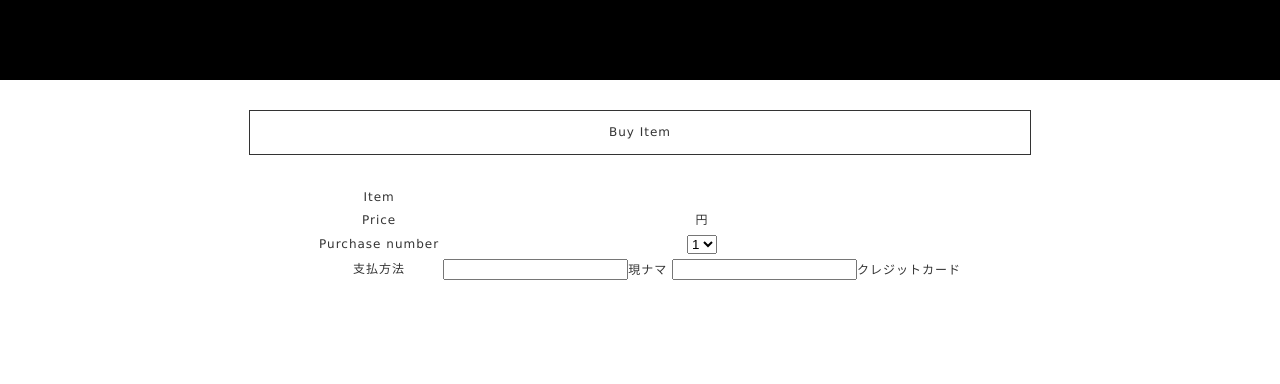
Repository: user-yo-yo/test
Page: http://localhost/ecsite2/buyItem.jsp
These files come from the project's save history. The page is drawn as it stood at one moment and after the next save; the edit follows.
The browser window is 1280 px wide. The pictures show the whole page.
The page is served by Tomcat 9.

Above is the page before, as saved 2019-03-18 08:11:26.

After the next save:
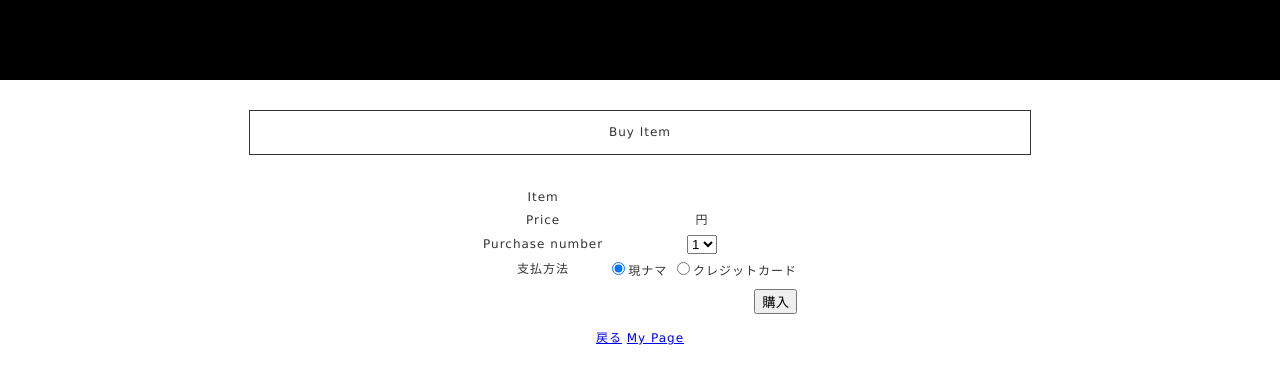
Saved 12 min 26 s later.
--- a/ecsite2/WebContent/buyItem.jsp
+++ b/ecsite2/WebContent/buyItem.jsp
@@ -112,12 +112,25 @@
 							<span>支払方法</span>
 						</td>
 						<td>
-							<input>現ナマ
-							<input>クレジットカード
+							<input type="radio" name="pay" value="1" checked="checked">現ナマ
+							<input type="radio" name="pay" value="2">クレジットカード
+						</td>
+					</tr>
+					<tr>
+						<td>
+							<s:submit value="購入" />
 						</td>
 					</tr>
 				</table>
 			</s:form>
+			<div>
+				<p>
+				<a href='<s:url action="GoHomeAction" />'>戻る</a>
+				<a href='<s:url action="MyPageAction" />'>My Page</a>
+				</p>
+				<p>
+				</p>
+			</div>
 		</div>
 	</div>
 </body>
